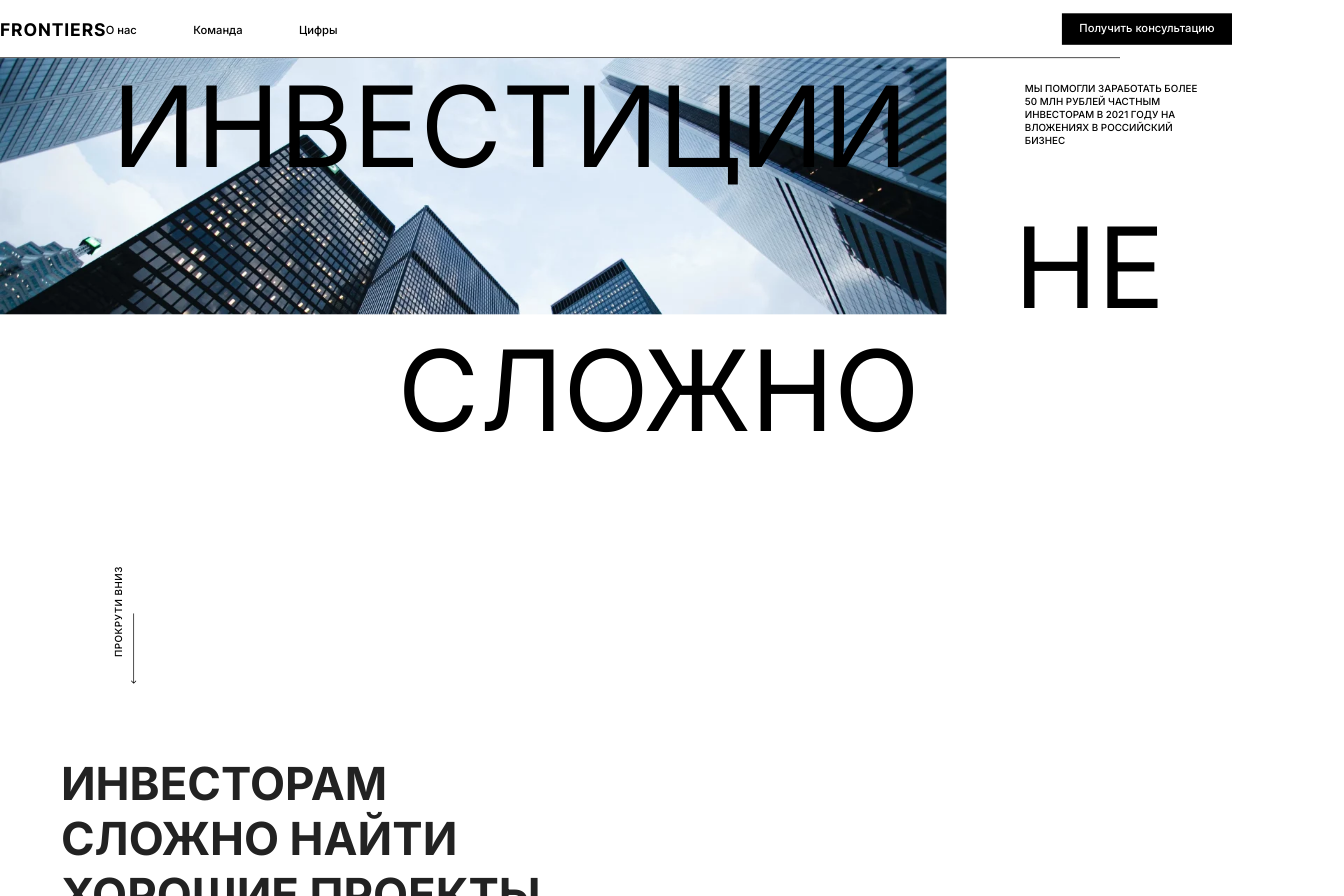
Repository: NadyaKorvin/frontiers
Page: /
An editor plug-in stored every save of this project. The page is shown before and after the next save, followed by the edit.
The browser window is 1280 px wide. The page is 1920 px wide, so the pictures cover 1920 px, including what lies to the right of the window. The pictures show the part of the page from y = 0 to 1280 px (the page is 2633 px tall), at 70% of full size.
The project was rebuilt for these pictures with package versions that can differ from the ones it lists, and the page was loaded fresh each time.

Above is the page before, as saved 2022-05-26 13:52:45.

After the next save:
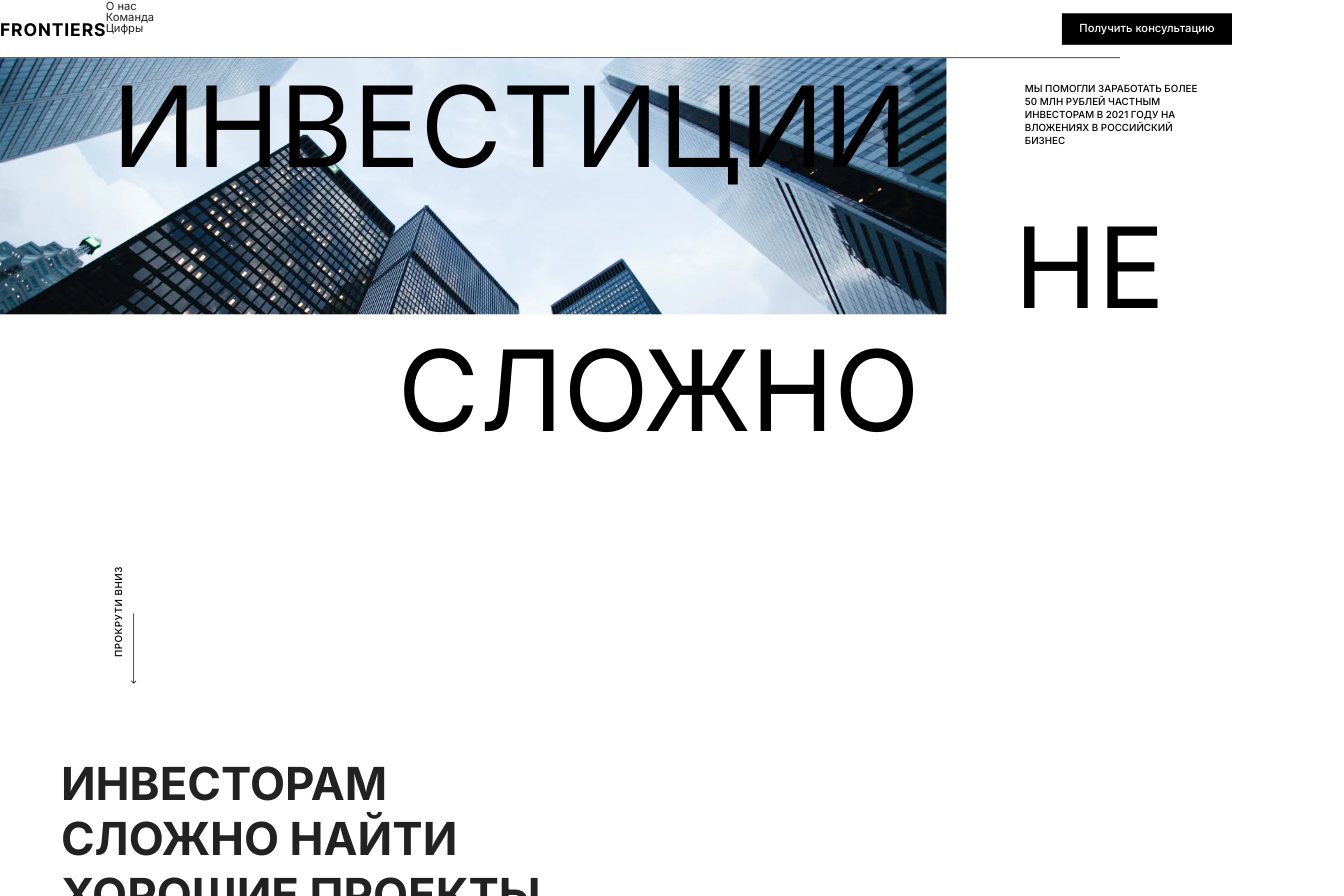
Saved 78 s later.
--- a/src/components/firstScreen/FirstScreen.css
+++ b/src/components/firstScreen/FirstScreen.css
@@ -28,6 +28,8 @@
   display: flex;
   justify-content: space-between;
 }
+
+.</div>
 
 .firstscreen__nav_team {
   display: flex;

After the 2 saves that followed:
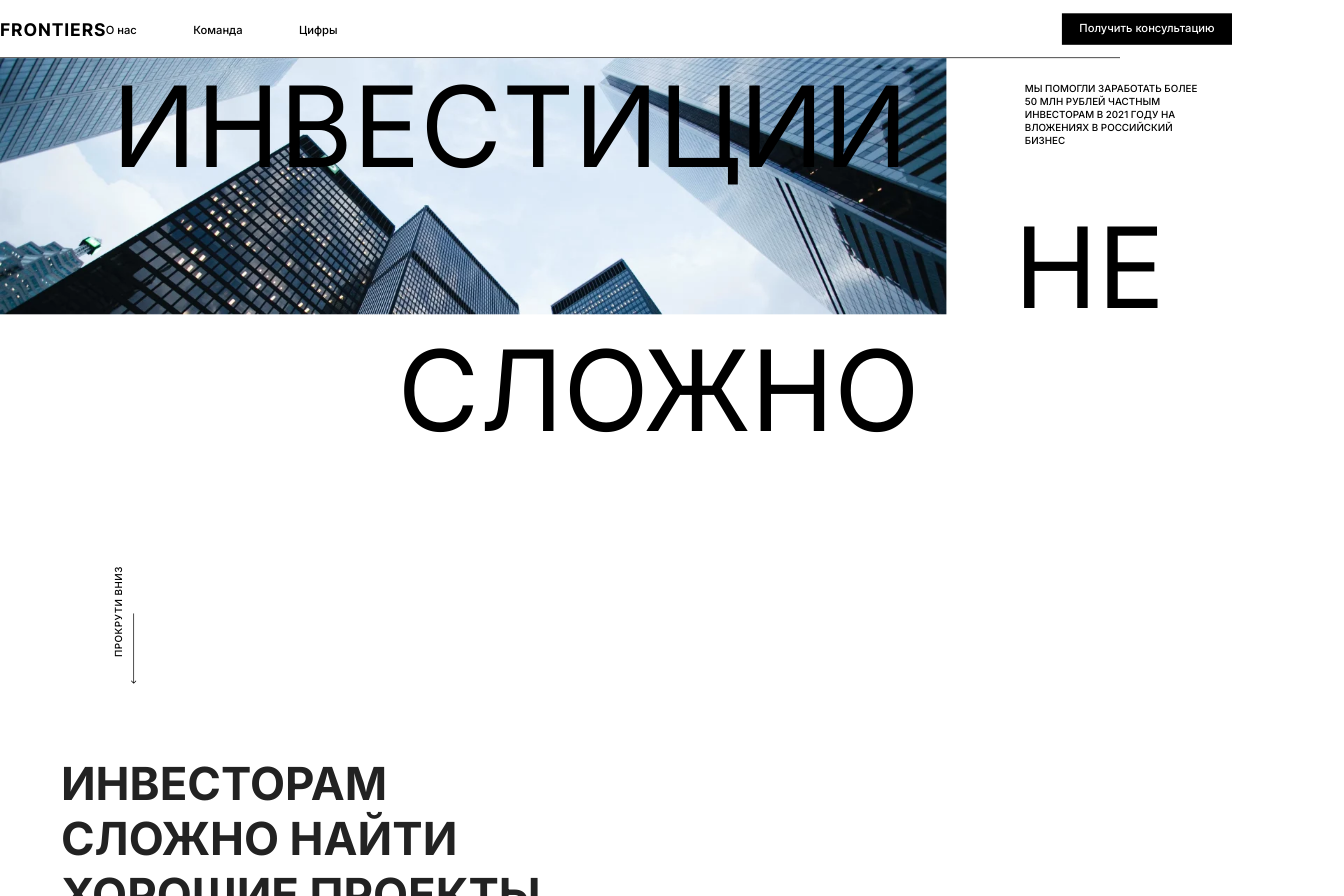
The 2 saves are shown as one change because 1 left the picture as it was.
The last was saved 12 s later.
--- a/src/components/firstScreen/FirstScreen.css
+++ b/src/components/firstScreen/FirstScreen.css
@@ -29,7 +29,7 @@
   justify-content: space-between;
 }
 
-.</div>
+.firstscreen__nav
 
 .firstscreen__nav_team {
   display: flex;
